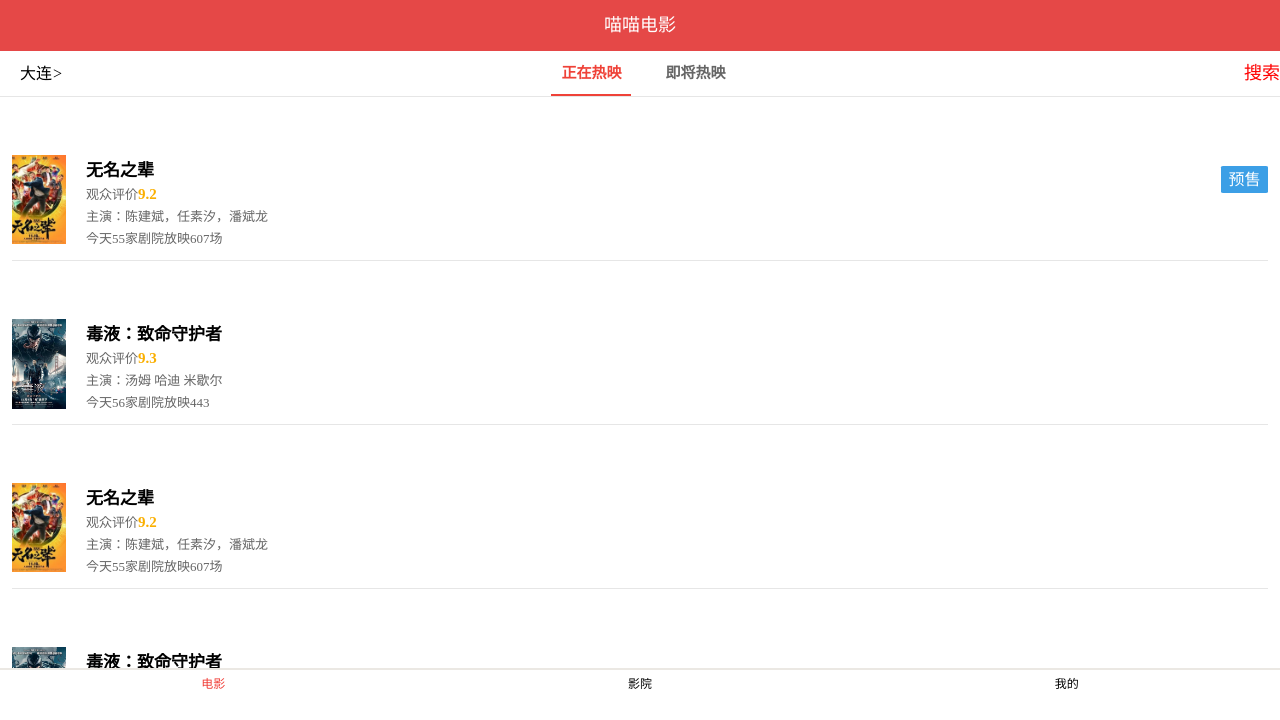
Repository: X-J-0/miaomiao_film
Page: / (app in miaomiao/)
The author's editor kept a copy of each file at every save. The page is drawn from the files as they stood at one save, then again after the next save.
The browser window is 1280 px wide. The pictures show the whole page.
An inner scrolling area shows only its first screen. The project was rebuilt for these pictures with package versions that can differ from the ones it lists, and the page was loaded fresh each time. Also part of the build but not shown: miaomiao/vue.config.js. Imported but missing from the stored project, and not drawn on this page: miaomiao/src/components/Brand, miaomiao/src/components/Special.

Above is the page before, as saved 2020-03-26 13:24:54.

After the next save:
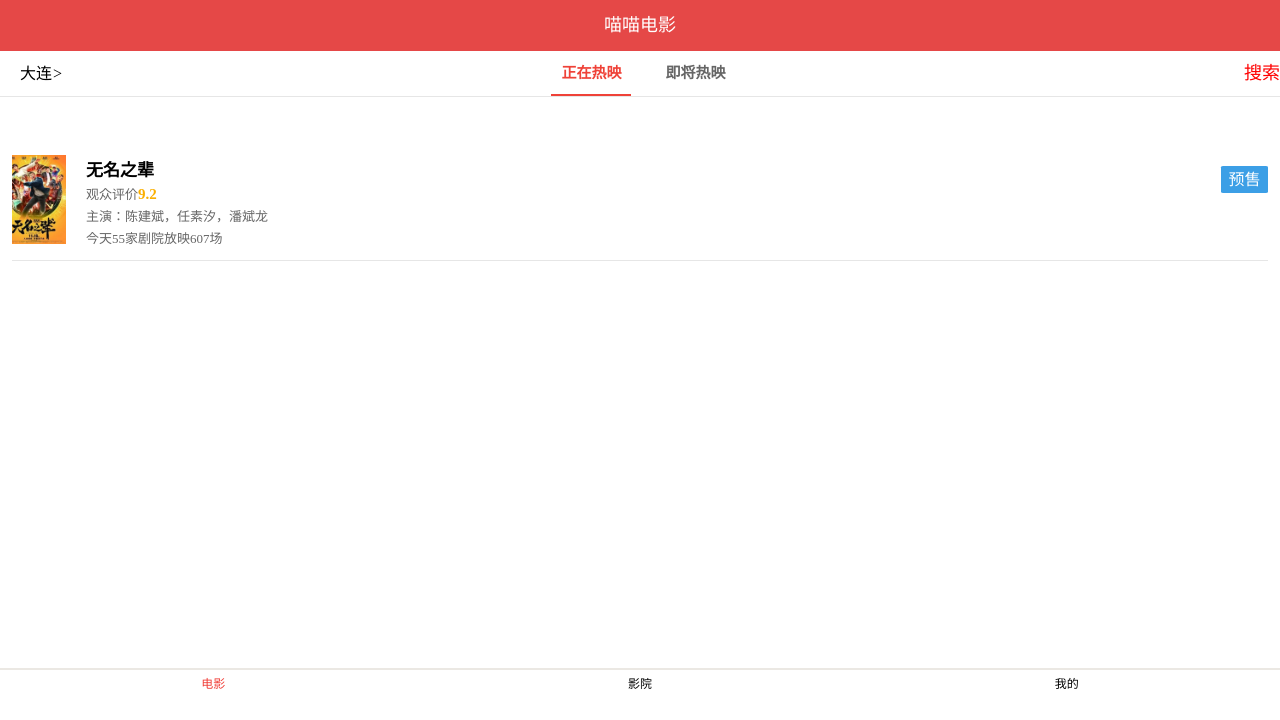
Saved 26 s later.
--- a/miaomiao/src/components/NowPlaying/index.vue
+++ b/miaomiao/src/components/NowPlaying/index.vue
@@ -11,51 +11,6 @@
             </div>
             <div class="btn_pre">
               预售
-            </div>
-        </li>
-        <li>
-            <div class="pic_show"><img src="/images/movie_2.jpg"></div>
-            <div class="info_list">
-                <h2>毒液：致命守护者</h2>
-                <p>观众评价<span class="grade">9.3</span></p>
-                <p>主演：汤姆 哈迪 米歇尔</p>
-                <p>今天56家剧院放映443</p>
-            </div>
-        </li>
-         <li>
-            <div class="pic_show"><img src="/images/movie_1.jpg"></div>
-            <div class="info_list">
-                <h2>无名之辈</h2>
-                <p>观众评价<span class="grade">9.2</span></p>
-                <p>主演：陈建斌，任素汐，潘斌龙</p>
-                <p>今天55家剧院放映607场</p>
-            </div>
-        </li>
-        <li>
-            <div class="pic_show"><img src="/images/movie_2.jpg"></div>
-            <div class="info_list">
-                <h2>毒液：致命守护者</h2>
-                <p>观众评价<span class="grade">9.3</span></p>
-                <p>主演：汤姆 哈迪 米歇尔</p>
-                <p>今天56家剧院放映443</p>
-            </div>
-        </li>
-        <li>
-            <div class="pic_show"><img src="/images/movie_1.jpg"></div>
-            <div class="info_list">
-                <h2>无名之辈</h2>
-                <p>观众评价<span class="grade">9.2</span></p>
-                <p>主演：陈建斌，任素汐，潘斌龙</p>
-                <p>今天55家剧院放映607场</p>
-            </div>
-        </li>
-        <li>
-            <div class="pic_show"><img src="/images/movie_2.jpg"></div>
-            <div class="info_list">
-                <h2>毒液：致命守护者</h2>
-                <p>观众评价<span class="grade">9.3</span></p>
-                <p>主演：汤姆 哈迪 米歇尔</p>
-                <p>今天56家剧院放映443</p>
             </div>
         </li>
     </ul>
